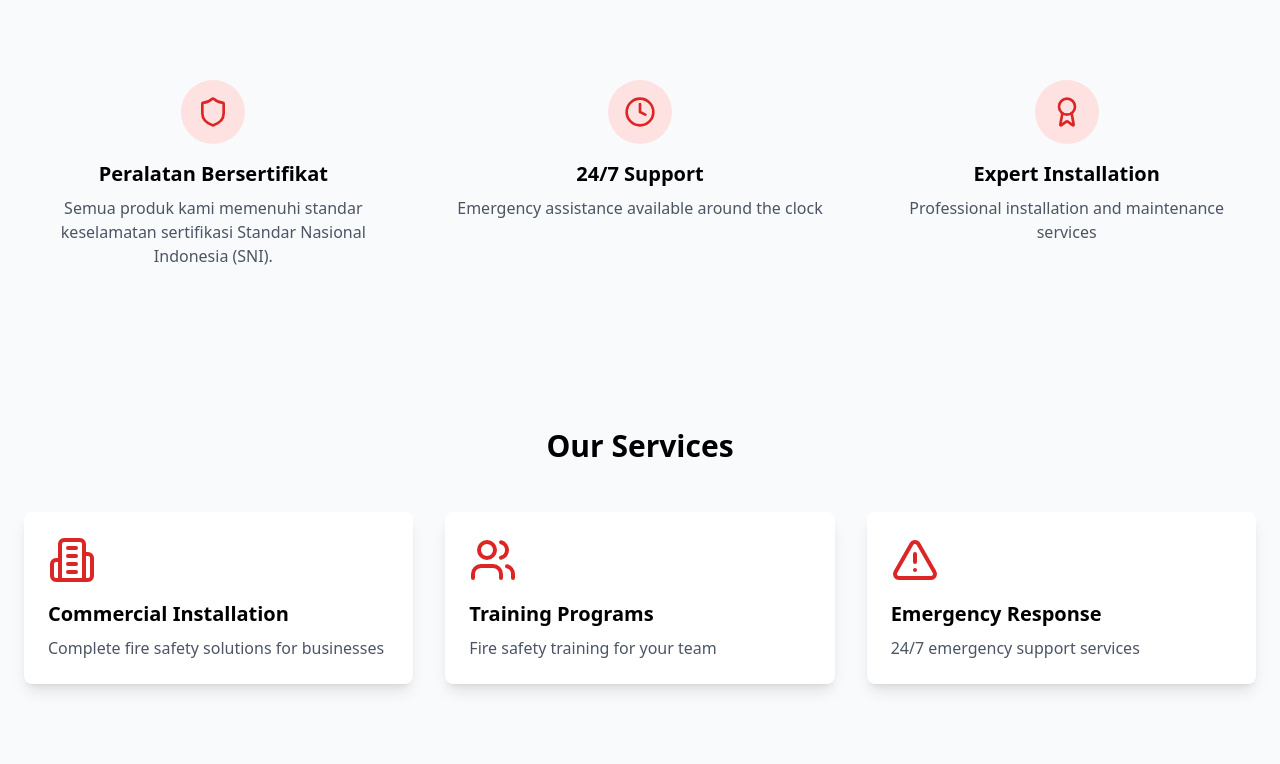
Repository: matrixmas/matrixmas.github.io
Page: /
The author's editor kept a copy of each file at every save. The page is drawn from the files as they stood at one save, then again after the next save.
The browser window is 1280 px wide. The pictures show the part of the page from y = 600 to 1364 px (the page is 1364 px tall before and 1340 px after).
The project was rebuilt for these pictures with package versions that can differ from the ones it lists, and the page was loaded fresh each time. Also part of the build but not shown: vite.config.ts, src/components/Header.tsx, src/pages/Products.tsx, src/pages/ProductDetail.tsx, src/pages/About.tsx, src/pages/Contact.tsx.

Above is the page before, as saved 2025-02-04 13:25:44.

### index.html
<!doctype html>
<html lang="en">
  <head>
    <meta charset="UTF-8" />
    <link rel="icon" type="image/svg+xml" href="/vite.svg" />
    <meta name="viewport" content="width=device-width, initial-scale=1.0" />
    <title>Matrix Fire Extinguisher</title>
  </head>
  <body>
    <div id="root"></div>
    <script type="module" src="/src/main.tsx"></script>
  </body>
</html>

### src/App.tsx
import React from 'react';
import { BrowserRouter as Router, Routes, Route } from 'react-router-dom';
import Home from './pages/Home';
import Products from './pages/Products';
import ProductDetail from './pages/ProductDetail';
import About from './pages/About';
import Contact from './pages/Contact';

function App() {
  return (
    <Router>
      <Routes>
        <Route path="/" element={<Home />} />
        <Route path="/products" element={<Products />} />
        <Route path="/products/:id" element={<ProductDetail />} />
        <Route path="/about" element={<About />} />
        <Route path="/contact" element={<Contact />} />
      </Routes>
    </Router>
  );
}

export default App;

### src/pages/Home.tsx
import React from 'react';
import { Shield, Phone, ShoppingCart, Award, Clock, AlertTriangle, FireExtinguisher, Building2, Users } from 'lucide-react';
import { Link } from 'react-router-dom';
import Navbar from '../components/Navbar';

export default function Home() {
  return (
    <div className="min-h-screen bg-white">
      {/* Hero Section */}
      <header className="relative h-[600px]">
        <div className="absolute inset-0 bg-black/50 z-10" />
        <img
          src="https://static.wixstatic.com/media/60950c08c94d45479365133f9df72605.jpg/v1/fill/w_2577,h_1183,al_c,q_90,enc_avif,quality_auto/60950c08c94d45479365133f9df72605.jpg"
          alt="Fire Safety Equipment"
          className="absolute inset-0 w-full h-full object-cover"
        />
        <Navbar />
        <div className="relative z-20 container mx-auto px-6 pt-32">
          <h1 className="text-5xl font-bold text-white mb-6">Jual Alat Pemadam Api Berkualitas dan Ramah Lingkungan di Surabaya</h1>
          <p className="text-xl text-gray-200 mb-8 max-w-2xl">Cari alat pemadam api yang murah namun berkualitas? Matrix Fire Extinguisher hadir dengan pilihan produk alat pemadam api dan peralatan safety lainnya yang ramah lingkungan dan terjangkau. Kami menawarkan solusi terbaik untuk perorangan maupun bisnis, dengan layanan di Surabaya. Hubungi kami untuk mendapatkan produk berkualitas dengan harga kompetitif!</p>
          <div className="flex space-x-4">
            <Link to="/products" className="bg-red-600 text-white px-8 py-3 rounded-lg hover:bg-red-700 flex items-center space-x-2">
              <ShoppingCart className="h-5 w-5" />
              <span>Products</span>
            </Link>
            <Link to="/contact" className="bg-white text-red-600 px-8 py-3 rounded-lg hover:bg-gray-100 flex items-center space-x-2">
              <Phone className="h-5 w-5" />
              <span>Contact Sales</span>
            </Link>
          </div>
        </div>
      </header>

      {/* Features Section */}
      <section className="py-20 bg-gray-50">
        <div className="container mx-auto px-6">
          <div className="grid grid-cols-1 md:grid-cols-3 gap-12">
            <div className="flex flex-col items-center text-center">
              <div className="bg-red-100 p-4 rounded-full mb-4">
                <Shield className="h-8 w-8 text-red-600" />
              </div>
              <h3 className="text-xl font-semibold mb-2">Peralatan Bersertifikat</h3>
              <p className="text-gray-600">Semua produk kami memenuhi standar keselamatan sertifikasi Standar Nasional Indonesia (SNI).</p>
            </div>
            <div className="flex flex-col items-center text-center">
              <div className="bg-red-100 p-4 rounded-full mb-4">
                <Clock className="h-8 w-8 text-red-600" />
              </div>
              <h3 className="text-xl font-semibold mb-2">24/7 Support</h3>
              <p className="text-gray-600">Emergency assistance available around the clock</p>
            </div>
            <div className="flex flex-col items-center text-center">
              <div className="bg-red-100 p-4 rounded-full mb-4">
                <Award className="h-8 w-8 text-red-600" />
              </div>
              <h3 className="text-xl font-semibold mb-2">Expert Installation</h3>
              <p className="text-gray-600">Professional installation and maintenance services</p>
            </div>
          </div>
        </div>
      </section>

      {/* Services Section */}
      <section className="py-20 bg-gray-50">
        <div className="container mx-auto px-6">
          <h2 className="text-3xl font-bold text-center mb-12">Our Services</h2>
          <div className="grid grid-cols-1 md:grid-cols-3 gap-8">
            <div className="bg-white p-6 rounded-lg shadow-lg">
              <Building2 className="h-12 w-12 text-red-600 mb-4" />
              <h3 className="text-xl font-semibold mb-2">Commercial Installation</h3>
              <p className="text-gray-600">Complete fire safety solutions for businesses</p>
            </div>
            <div className="bg-white p-6 rounded-lg shadow-lg">
              <Users className="h-12 w-12 text-red-600 mb-4" />
              <h3 className="text-xl font-semibold mb-2">Training Programs</h3>
              <p className="text-gray-600">Fire safety training for your team</p>
            </div>
            <div className="bg-white p-6 rounded-lg shadow-lg">
              <AlertTriangle className="h-12 w-12 text-red-600 mb-4" />
              <h3 className="text-xl font-semibold mb-2">Emergency Response</h3>
              <p className="text-gray-600">24/7 emergency support services</p>
            </div>
          </div>
        </div>
      </section>
    </div>
  );
}

### src/components/Navbar.tsx
import React from 'react';
import { Link } from 'react-router-dom';
import { FireExtinguisher, ShoppingCart } from 'lucide-react';

export default function Navbar() {
  return (
    <nav className="relative z-20 container mx-auto px-6 py-6 flex items-center justify-between">
      <Link to="/" className="flex items-center space-x-2 text-white">
        <FireExtinguisher className="h-8 w-8" />
        <span className="text-2xl font-bold">Matrix Mas</span>
      </Link>
      <div className="flex items-center space-x-8 text-white">
        <Link to="/products" className="hover:text-red-400">Products</Link>
        <Link to="/about" className="hover:text-red-400">About</Link>
        <Link to="/contact" className="hover:text-red-400">Contact</Link>
        <button className="flex items-center space-x-2 bg-red-600 px-4 py-2 rounded-lg hover:bg-red-700">
          <ShoppingCart className="h-5 w-5" />
          <span>Cart (0)</span>
        </button>
      </div>
    </nav>
  );
}

Loaded but not shown: src/main.tsx (common file); src/index.css (common file); tailwind.config.js (common file)

After the next save:
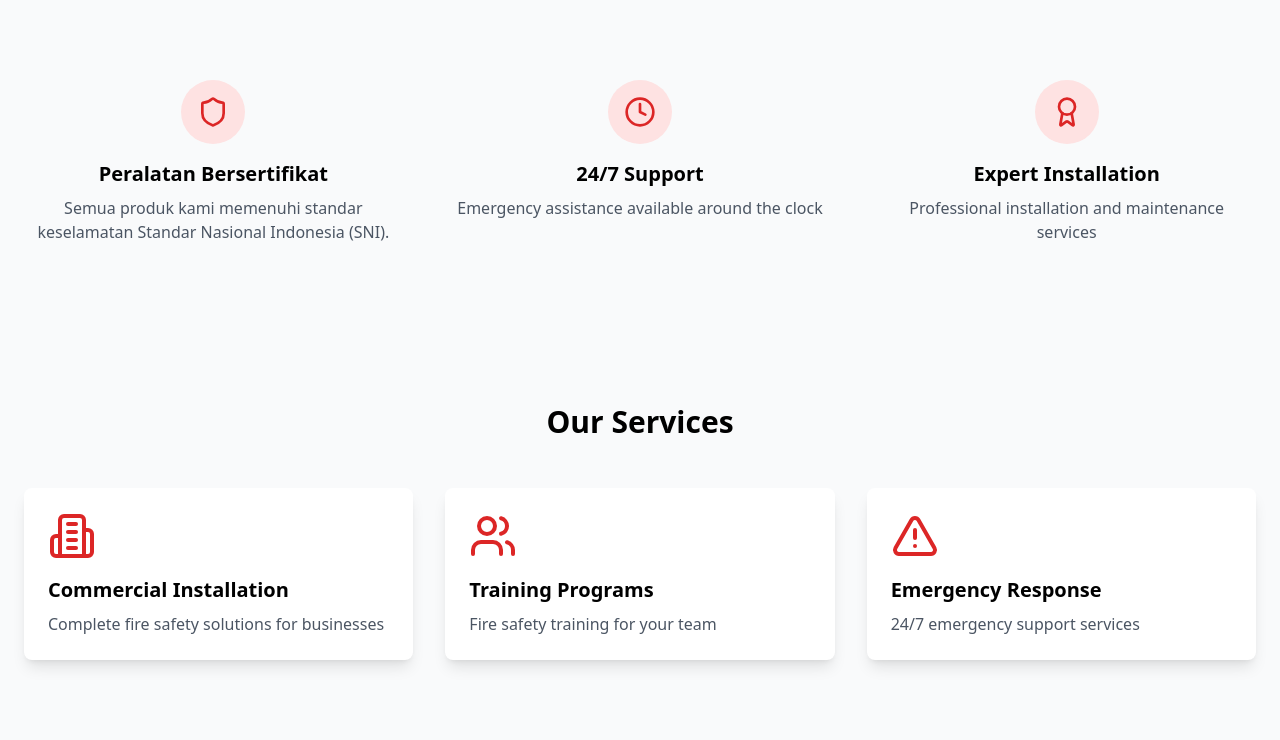
Saved 5 s later.
--- a/src/pages/Home.tsx
+++ b/src/pages/Home.tsx
@@ -40,7 +40,7 @@ export default function Home() {
                 <Shield className="h-8 w-8 text-red-600" />
               </div>
               <h3 className="text-xl font-semibold mb-2">Peralatan Bersertifikat</h3>
-              <p className="text-gray-600">Semua produk kami memenuhi standar keselamatan sertifikasi Standar Nasional Indonesia (SNI).</p>
+              <p className="text-gray-600">Semua produk kami memenuhi standar keselamatan Standar Nasional Indonesia (SNI).</p>
             </div>
             <div className="flex flex-col items-center text-center">
               <div className="bg-red-100 p-4 rounded-full mb-4">
